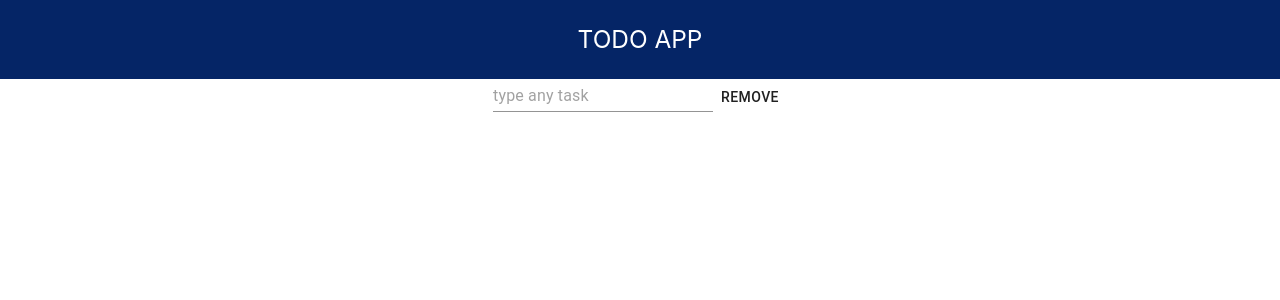
Repository: Shams97/Todo-app
Page: /
These files come from the project's save history. The page is drawn as it stood at one moment and after the next save; the edit follows.
The browser window is 1280 px wide. The pictures show the whole page.
The project was rebuilt for these pictures with package versions that can differ from the ones it lists, and the page was loaded fresh each time.

Above is the page before, as saved 2021-06-26 23:24:40.

After the next save:
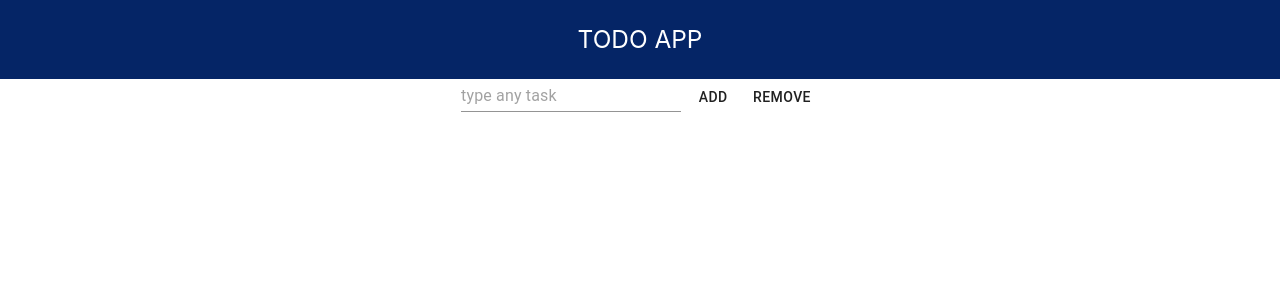
Saved 21 s later.
--- a/src/tasks/tasks.js
+++ b/src/tasks/tasks.js
@@ -4,7 +4,8 @@ export default function Tasks() {
   return (
     <Container>
       <Input placeholder="type any task"></Input>
-      <Button>remove</Button>
+      <Button>Add</Button>
+      <Button>Remove</Button>
     </Container>
   );
 }
